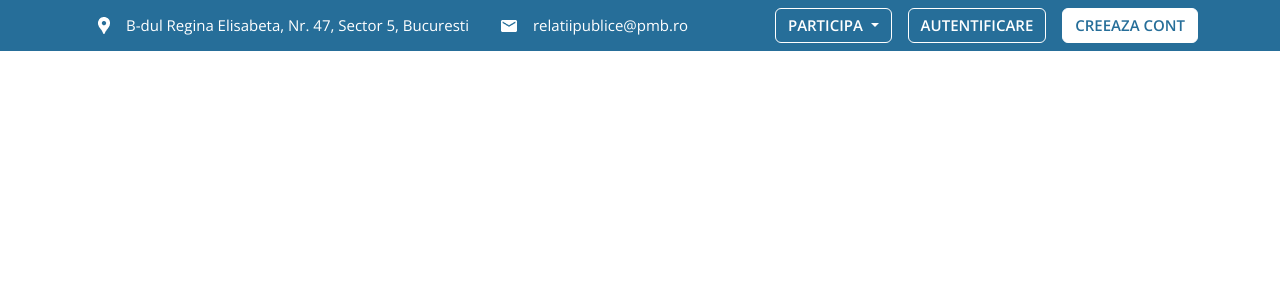
Repository: cosmin05072018/webis-task
Page: index.html
The author's editor kept a copy of each file at every save. The page is drawn from the files as they stood at one save, then again after the next save.
The browser window is 1280 px wide. The pictures show the whole page.

Above is the page before, as saved 2024-09-29 13:24:43.

### index.html
<!DOCTYPE html>
<html lang="en">
<head>
    <meta charset="UTF-8">
    <meta name="viewport" content="width=device-width, initial-scale=1.0">
    <title>Platforma-Bugetare</title>
    <link href="https://cdn.jsdelivr.net/npm/bootstrap@5.3.3/dist/css/bootstrap.min.css" rel="stylesheet" integrity="sha384-QWTKZyjpPEjISv5WaRU9OFeRpok6YctnYmDr5pNlyT2bRjXh0JMhjY6hW+ALEwIH" crossorigin="anonymous">
    <link rel="stylesheet" href="./assets/css/style.css">
</head>
<body>
<div class="container-fluid p-0">
  <div class="container navbar-top">
    <div class="d-flex justify-content-between align-items-center">
      <div class="d-flex left-section">
        <div class="p-3 d-flex align-items-center gap-3">
          <img class="location" src="./assets/images/location.png" alt="location">
          <p class="text-white m-0">B-dul Regina Elisabeta, Nr. 47, Sector 5, Bucuresti</p>
        </div>
        <div class="p-3 d-flex align-items-center gap-3">
          <img class="mail" src="./assets/images/mail.png" alt="location">
          <p class="text-white m-0">relatiipublice@pmb.ro</p>
        </div>
      </div>
      <div class="d-flex right-section">
        <div class="dropdown">
          <button class="btn rounded dropdown-toggle" type="button" id="dropdownMenuButton1" data-bs-toggle="dropdown" aria-expanded="false">
            PARTICIPA
          </button>
          <ul class="dropdown-menu" aria-labelledby="dropdownMenuButton1">
            <li><a class="dropdown-item" href="#">Depune un proiect</a></li>
            <li><a class="dropdown-item" href="#">Proiectele mele</a></li>
            <li><a class="dropdown-item" href="#">Proiecte favorite</a></li>
          </ul>
        </div>
          <a href="#" class="btn">AUTENTIFICARE</a>
          <a href="#" class="btn">CREEAZA CONT</a>
      </div>
    </div>
  </div>
</div>
  <script src="https://cdn.jsdelivr.net/npm/bootstrap@5.3.3/dist/js/bootstrap.bundle.min.js" integrity="sha384-YvpcrYf0tY3lHB60NNkmXc5s9fDVZLESaAA55NDzOxhy9GkcIdslK1eN7N6jIeHz" crossorigin="anonymous"></script>
</body>
</html>

### assets/css/style.css
@import url("https://fonts.googleapis.com/css2?family=Open+Sans:ital,wght@0,300..800;1,300..800&display=swap");

:root {
  --bg-color: #266e99;
  --white: #ffffff;
  --text-hover: #4f4f4f;
  --text-blue: #266e99;
}

* {
  font-family: Open Sans;
  box-sizing: border-box;
}

.container-fluid {
  background-color: var(--bg-color);
}

.location {
  width: 12px;
  height: 17px;
}

.navbar-top p {
  font-family: Open Sans;
  font-size: 15px;
  font-weight: 400;
  line-height: 19px;
  text-align: left;
}

.navbar-top .location {
  width: 12px;
  height: 17px;
}

.navbar-top .mail {
  width: 16px;
  height: 12px;
}

.right-section {
  gap: 16px;
}

.right-section .btn {
  border: 1.5px solid var(--white);
  font-weight: 600;
  font-family: Open Sans;
  font-size: 15px;
  line-height: 20.43px;
}

.right-section .btn:nth-child(1),
.right-section .btn:nth-child(2) {
  color: var(--white);
  font-size: 15px !important;
}

.right-section .btn:last-child {
  color: var(--text-blue);
  background-color: var(--white);
}

.right-section .dropdown .dropdown-menu {
  transform: translate3d(0px, 33px, 0px) !important;
  font-size: 12px;
  text-align: center;
}

After the next save:
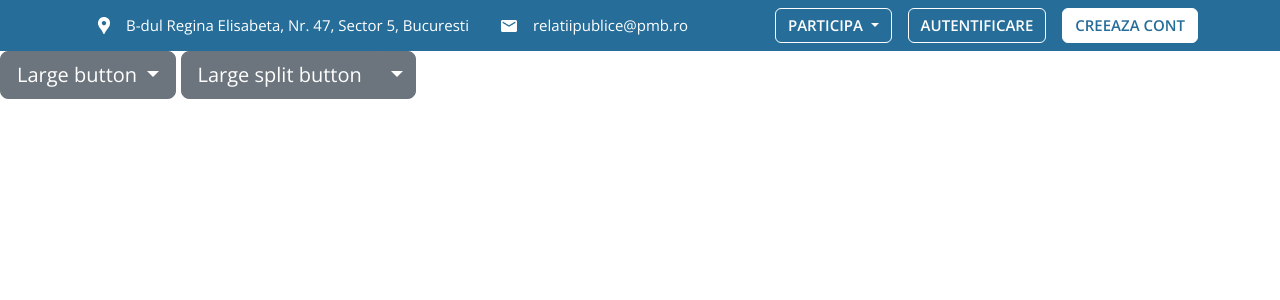
Saved 26 s later.
--- a/index.html
+++ b/index.html
@@ -38,6 +38,26 @@
     </div>
   </div>
 </div>
+<!-- Large button groups (default and split) -->
+<div class="btn-group">
+  <button class="btn btn-secondary btn-lg dropdown-toggle" type="button" data-bs-toggle="dropdown" aria-expanded="false">
+    Large button
+  </button>
+  <ul class="dropdown-menu">
+    ...
+  </ul>
+</div>
+<div class="btn-group">
+  <button class="btn btn-secondary btn-lg" type="button">
+    Large split button
+  </button>
+  <button type="button" class="btn btn-lg btn-secondary dropdown-toggle dropdown-toggle-split" data-bs-toggle="dropdown" aria-expanded="false">
+    <span class="visually-hidden">Toggle Dropdown</span>
+  </button>
+  <ul class="dropdown-menu">
+    ...
+  </ul>
+</div>
   <script src="https://cdn.jsdelivr.net/npm/bootstrap@5.3.3/dist/js/bootstrap.bundle.min.js" integrity="sha384-YvpcrYf0tY3lHB60NNkmXc5s9fDVZLESaAA55NDzOxhy9GkcIdslK1eN7N6jIeHz" crossorigin="anonymous"></script>
 </body>
 </html>
